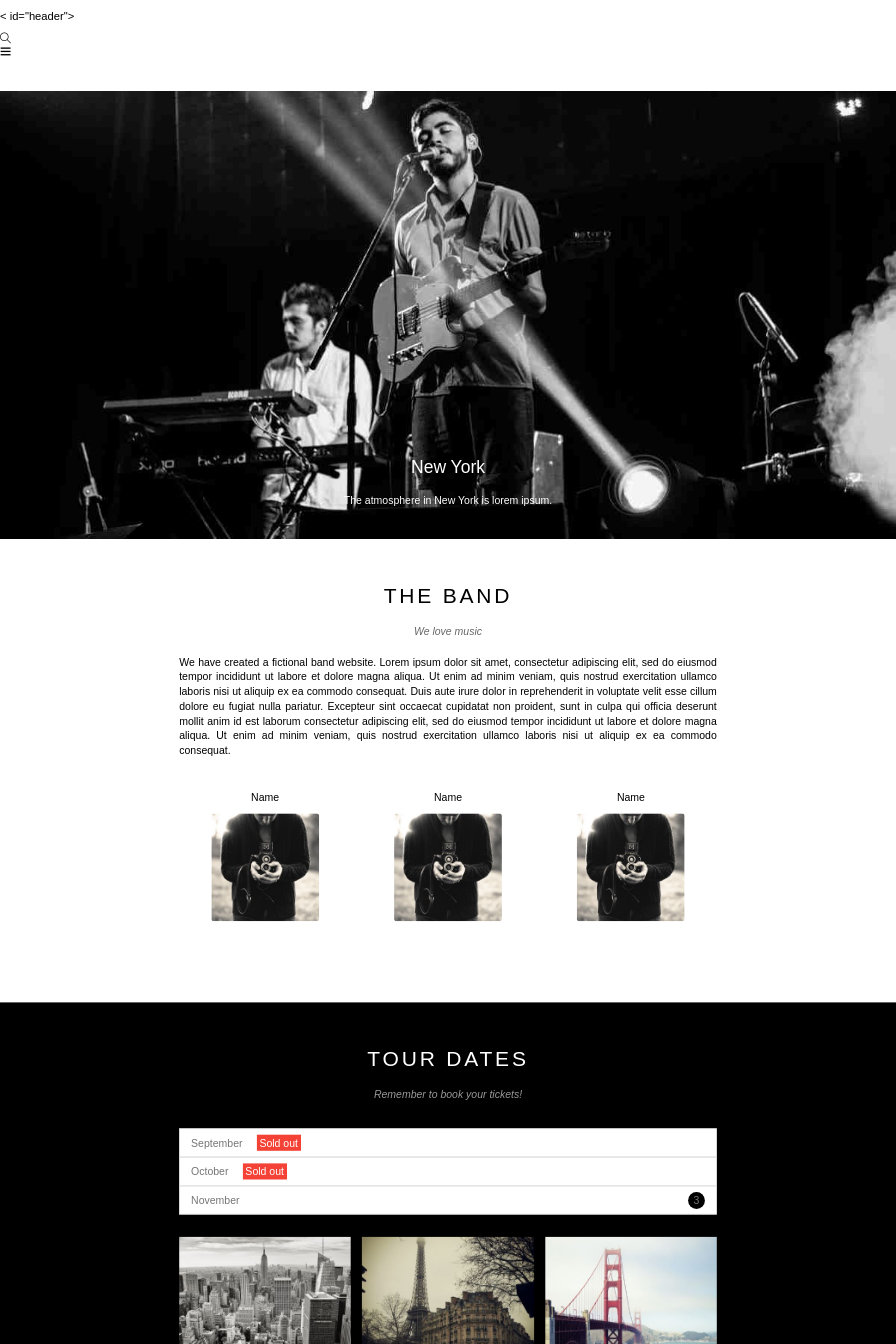
Repository: BrandonTuan777/The_Band
Page: index.html
These files come from the project's save history. The page is drawn as it stood at one moment and after the next save; the edit follows.
The browser window is 1280 px wide. The pictures show the part of the page from y = 0 to 1920 px (the page is 3608 px tall), at 70% of full size.

Above is the page before, as saved 2022-04-11 20:42:51.

After the next save:
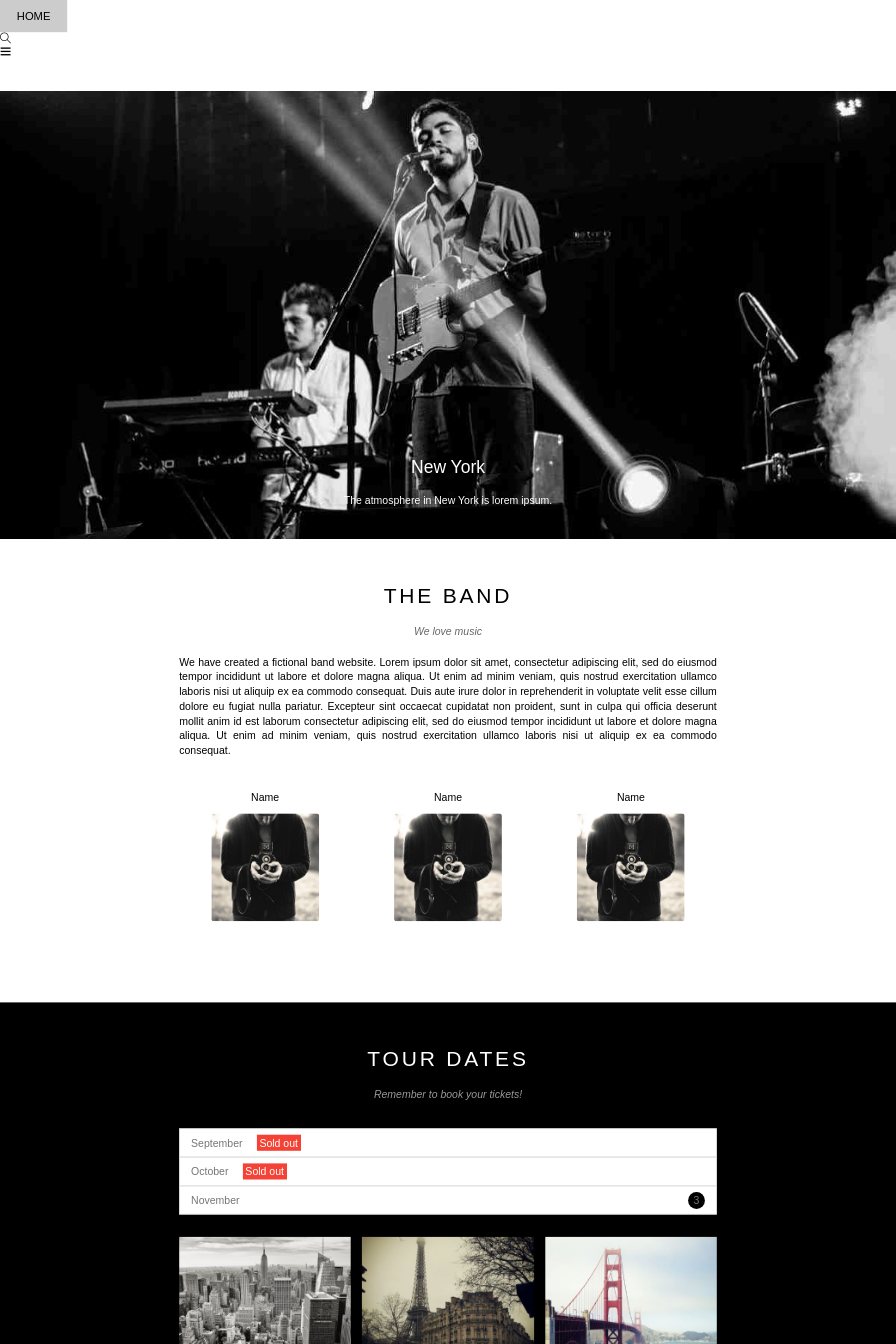
Saved 2 min 28 s later.
--- a/index.html
+++ b/index.html
@@ -17,7 +17,7 @@
   </head>
   <body>
     <div id="main">
-      < id="header">
+      <!-- < id="header"> -->
         <!-- Begin:Nav -->
         <ul id="nav">
           <li><a href="#">Home</a></li>

After the save that followed:
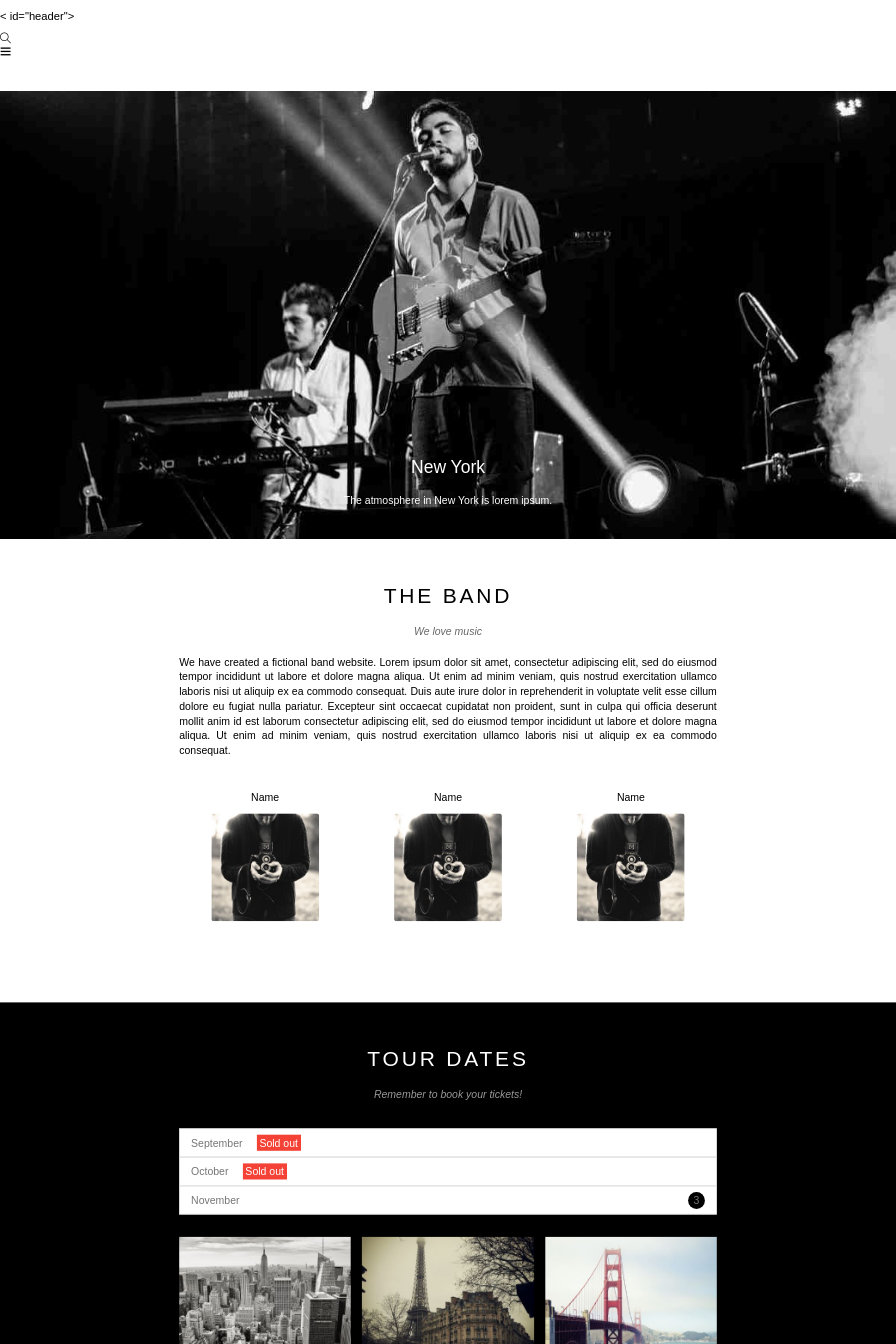
Saved 4 s later.
--- a/index.html
+++ b/index.html
@@ -17,7 +17,7 @@
   </head>
   <body>
     <div id="main">
-      <!-- < id="header"> -->
+      < id="header">
         <!-- Begin:Nav -->
         <ul id="nav">
           <li><a href="#">Home</a></li>
